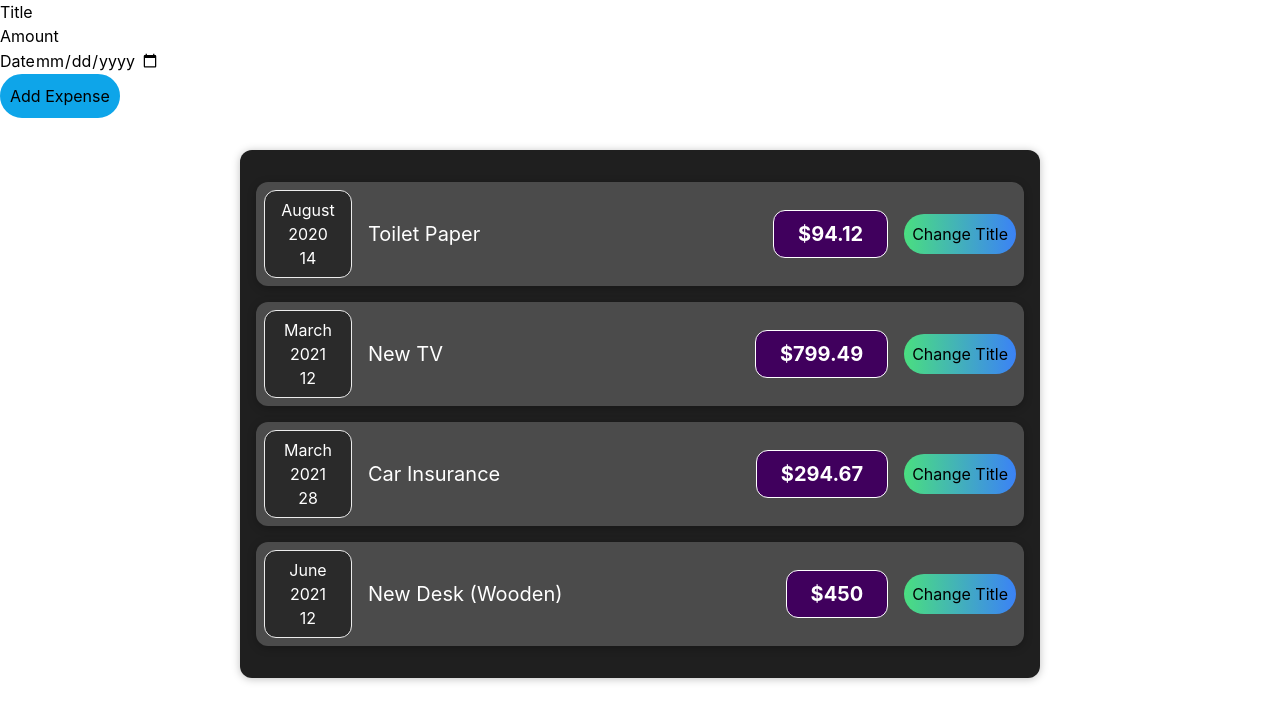
Repository: Sef24/expense-tracker
Page: /
The author's editor kept a copy of each file at every save. The page is drawn from the files as they stood at one save, then again after the next save.
The browser window is 1280 px wide. The pictures show the whole page.
The project was rebuilt for these pictures with package versions that can differ from the ones it lists, and the page was loaded fresh each time. Also part of the build but not shown: src/components/NewExpense/NewExpense.css, src/components/NewExpense/ExpenseForm.css.

Above is the page before, as saved 2022-04-24 15:50:44.

After the next save:
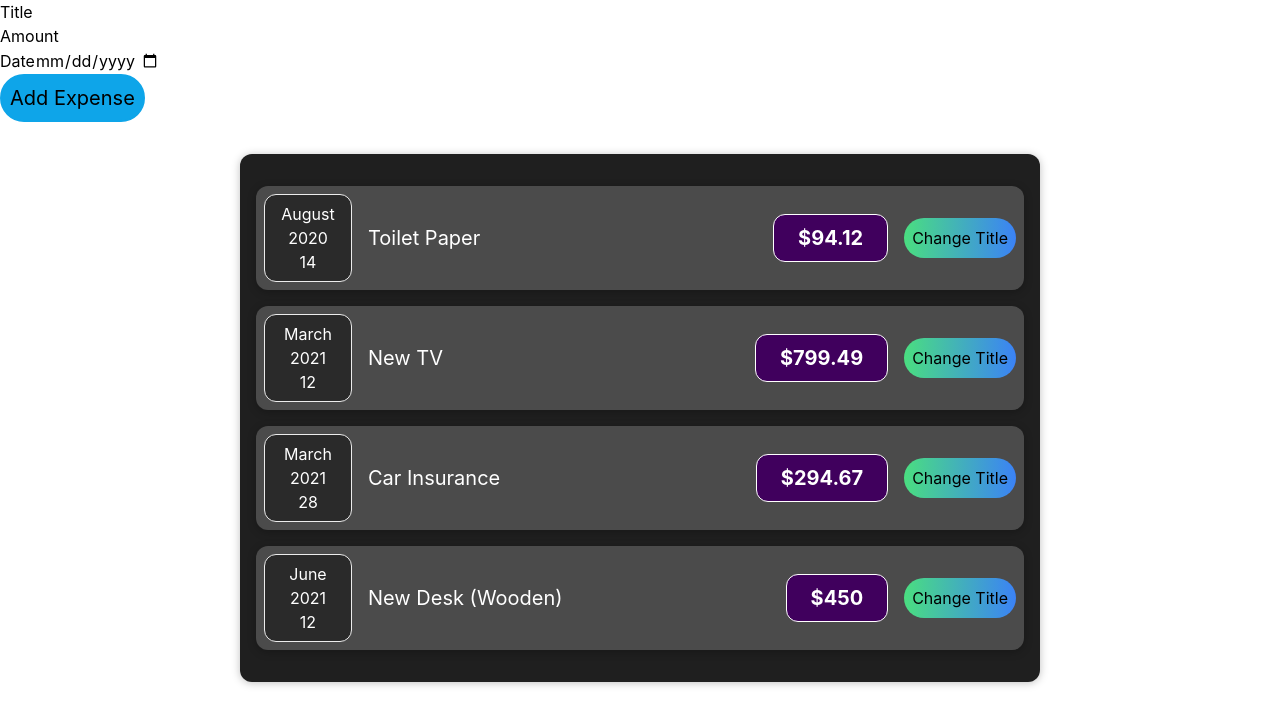
Saved 6 s later.
--- a/src/components/NewExpense/ExpenseForm.js
+++ b/src/components/NewExpense/ExpenseForm.js
@@ -68,7 +68,7 @@ function ExpenseForm() {
 
       <div>
         <button
-          className="text-bold border-solid border-2 border-sky-500 rounded-full p-2
+          className="text-xl border-solid border-2 border-sky-500 rounded-full p-2
           bg-sky-500 hover:bg-sky-400"
           type="submit"
         >
